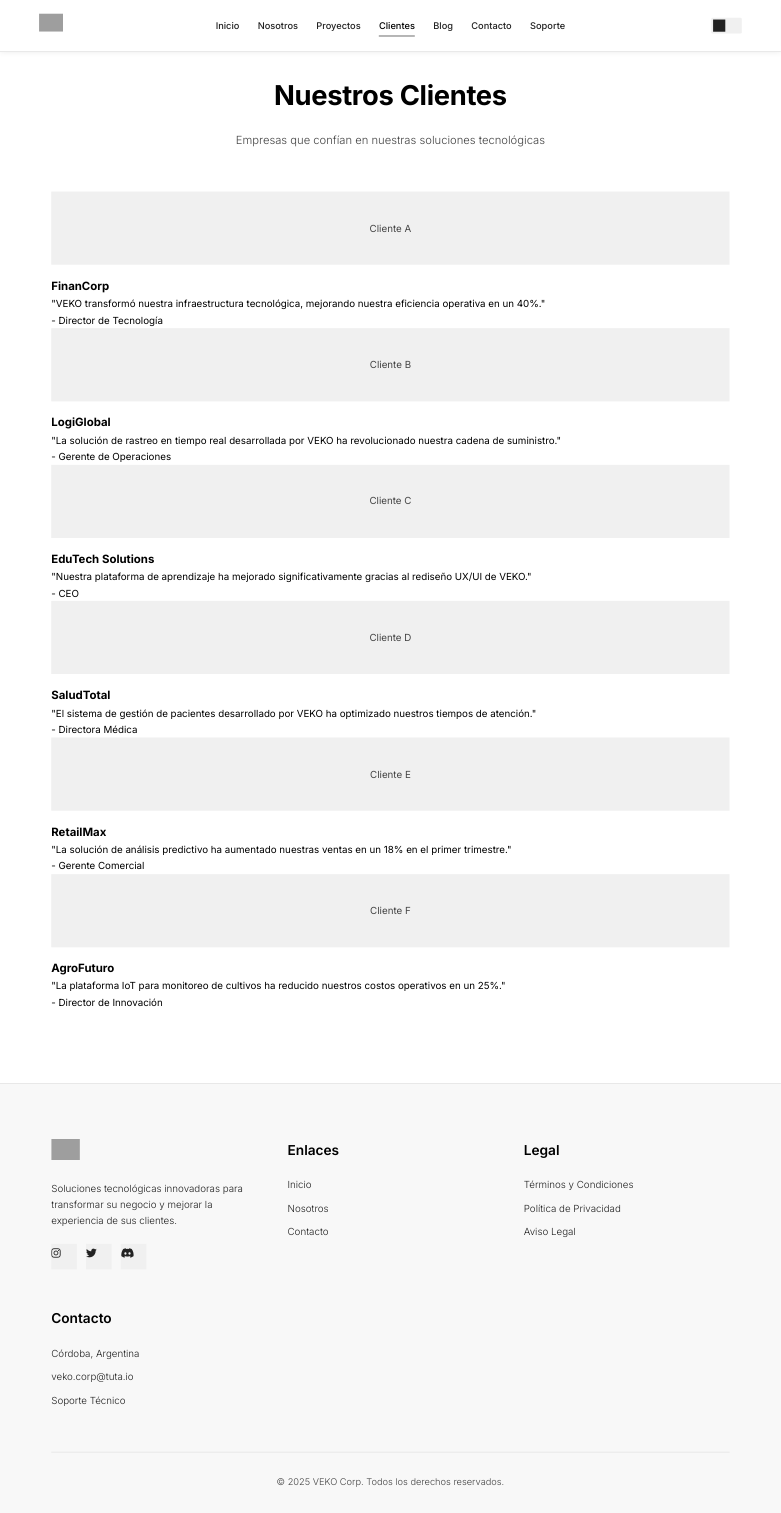
Repository: VEKO-Corp/veko-web
Page: clientes.html
These files come from the project's save history. The page is drawn as it stood at one moment and after the next save; the edit follows.
The browser window is 1280 px wide. The pictures show the whole page, at 61% of full size.
Pictures or frames that could not be fetched are drawn as grey boxes.

Above is the page before, as saved 2025-08-11 21:29:25.

After the next save:
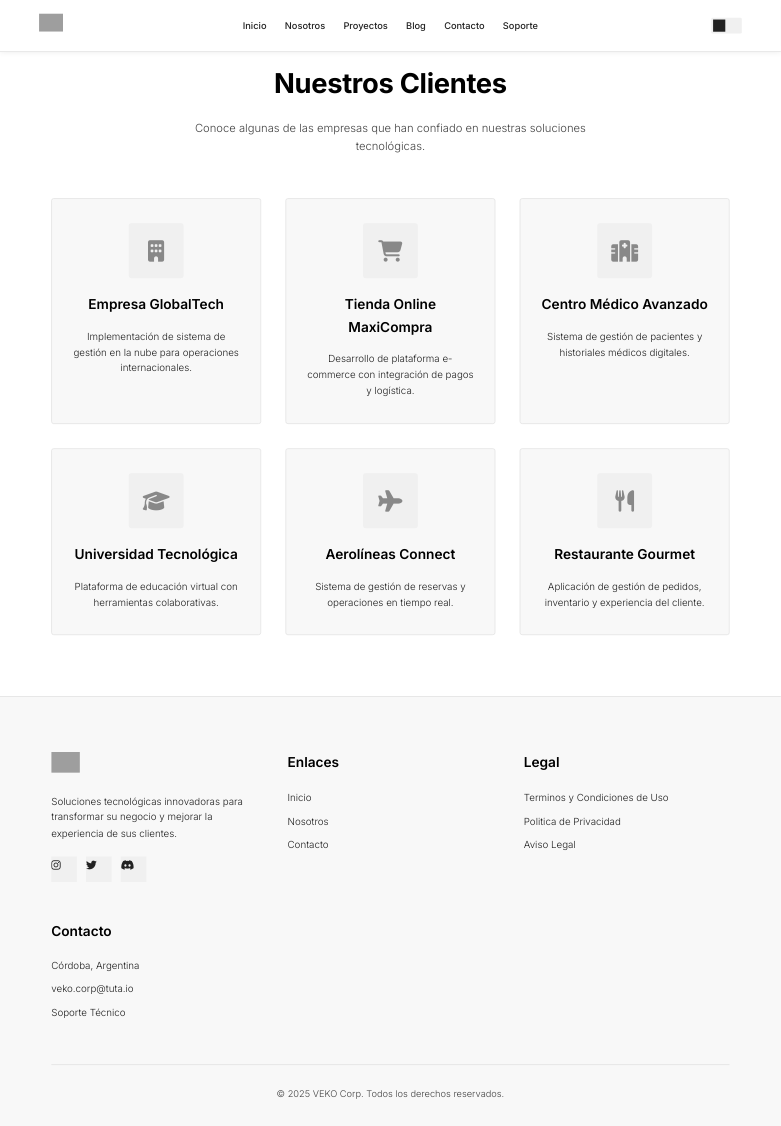
Saved 6 s later.
--- a/clientes.html
+++ b/clientes.html
@@ -3,7 +3,7 @@
 <head>
     <meta charset="UTF-8">
     <meta name="viewport" content="width=device-width, initial-scale=1.0">
-    <title>VEKO - Nuestros Clientes</title>
+    <title>Clientes - VEKO</title>
     <link href="https://fonts.googleapis.com/css2?family=Inter:wght@300;400;500;600;700&display=swap" rel="stylesheet">
     <link rel="stylesheet" href="css/style.css">
     <link rel="stylesheet" href="https://cdnjs.cloudflare.com/ajax/libs/font-awesome/6.4.0/css/all.min.css">
@@ -20,7 +20,6 @@
                     <li><a href="index.html">Inicio</a></li>
                     <li><a href="nosotros.html">Nosotros</a></li>
                     <li><a href="proyectos.html">Proyectos</a></li>
-                    <li><a href="clientes.html" class="active">Clientes</a></li>
                     <li><a href="blog.html">Blog</a></li>
                     <li><a href="contacto.html">Contacto</a></li>
                     <li><a href="soporte.html">Soporte</a></li>
@@ -32,66 +31,48 @@
         </div>
     </header>
 
-    <section id="clientes">
+    <section class="content-section">
         <div class="container">
-            <div class="section-title fade-in">
+            <div class="section-title">
                 <h2>Nuestros Clientes</h2>
-                <p>Empresas que confían en nuestras soluciones tecnológicas</p>
+                <p>Conoce algunas de las empresas que han confiado en nuestras soluciones tecnológicas.</p>
             </div>
 
-            <div class="client-grid fade-in delay-1">
-                <div class="client-card">
-                    <div class="client-logo" style="height: 120px; background-color: var(--bg-tertiary); display: flex; align-items: center; justify-content: center; color: var(--text-tertiary); margin-bottom: 20px;">
-                        Cliente A
-                    </div>
-                    <h3>FinanCorp</h3>
-                    <p>"VEKO transformó nuestra infraestructura tecnológica, mejorando nuestra eficiencia operativa en un 40%."</p>
-                    <span>- Director de Tecnología</span>
+            <div class="services-grid">
+                <div class="service-card fade-in">
+                    <div class="service-icon"><i class="fas fa-building"></i></div>
+                    <h3>Empresa GlobalTech</h3>
+                    <p>Implementación de sistema de gestión en la nube para operaciones internacionales.</p>
                 </div>
 
-                <div class="client-card fade-in delay-2">
-                    <div class="client-logo" style="height: 120px; background-color: var(--bg-tertiary); display: flex; align-items: center; justify-content: center; color: var(--text-tertiary); margin-bottom: 20px;">
-                        Cliente B
-                    </div>
-                    <h3>LogiGlobal</h3>
-                    <p>"La solución de rastreo en tiempo real desarrollada por VEKO ha revolucionado nuestra cadena de suministro."</p>
-                    <span>- Gerente de Operaciones</span>
+                <div class="service-card fade-in delay-1">
+                    <div class="service-icon"><i class="fas fa-shopping-cart"></i></div>
+                    <h3>Tienda Online MaxiCompra</h3>
+                    <p>Desarrollo de plataforma e-commerce con integración de pagos y logística.</p>
                 </div>
 
-                <div class="client-card fade-in delay-3">
-                    <div class="client-logo" style="height: 120px; background-color: var(--bg-tertiary); display: flex; align-items: center; justify-content: center; color: var(--text-tertiary); margin-bottom: 20px;">
-                        Cliente C
-                    </div>
-                    <h3>EduTech Solutions</h3>
-                    <p>"Nuestra plataforma de aprendizaje ha mejorado significativamente gracias al rediseño UX/UI de VEKO."</p>
-                    <span>- CEO</span>
+                <div class="service-card fade-in delay-2">
+                    <div class="service-icon"><i class="fas fa-hospital"></i></div>
+                    <h3>Centro Médico Avanzado</h3>
+                    <p>Sistema de gestión de pacientes y historiales médicos digitales.</p>
                 </div>
 
-                <div class="client-card fade-in delay-1">
-                    <div class="client-logo" style="height: 120px; background-color: var(--bg-tertiary); display: flex; align-items: center; justify-content: center; color: var(--text-tertiary); margin-bottom: 20px;">
-                        Cliente D
-                    </div>
-                    <h3>SaludTotal</h3>
-                    <p>"El sistema de gestión de pacientes desarrollado por VEKO ha optimizado nuestros tiempos de atención."</p>
-                    <span>- Directora Médica</span>
+                <div class="service-card fade-in delay-1">
+                    <div class="service-icon"><i class="fas fa-graduation-cap"></i></div>
+                    <h3>Universidad Tecnológica</h3>
+                    <p>Plataforma de educación virtual con herramientas colaborativas.</p>
                 </div>
 
-                <div class="client-card fade-in delay-2">
-                    <div class="client-logo" style="height: 120px; background-color: var(--bg-tertiary); display: flex; align-items: center; justify-content: center; color: var(--text-tertiary); margin-bottom: 20px;">
-                        Cliente E
-                    </div>
-                    <h3>RetailMax</h3>
-                    <p>"La solución de análisis predictivo ha aumentado nuestras ventas en un 18% en el primer trimestre."</p>
-                    <span>- Gerente Comercial</span>
+                <div class="service-card fade-in delay-2">
+                    <div class="service-icon"><i class="fas fa-plane"></i></div>
+                    <h3>Aerolíneas Connect</h3>
+                    <p>Sistema de gestión de reservas y operaciones en tiempo real.</p>
                 </div>
 
-                <div class="client-card fade-in delay-3">
-                    <div class="client-logo" style="height: 120px; background-color: var(--bg-tertiary); display: flex; align-items: center; justify-content: center; color: var(--text-tertiary); margin-bottom: 20px;">
-                        Cliente F
-                    </div>
-                    <h3>AgroFuturo</h3>
-                    <p>"La plataforma IoT para monitoreo de cultivos ha reducido nuestros costos operativos en un 25%."</p>
-                    <span>- Director de Innovación</span>
+                <div class="service-card fade-in delay-3">
+                    <div class="service-icon"><i class="fas fa-utensils"></i></div>
+                    <h3>Restaurante Gourmet</h3>
+                    <p>Aplicación de gestión de pedidos, inventario y experiencia del cliente.</p>
                 </div>
             </div>
         </div>
@@ -127,8 +108,8 @@
 
                 <div class="footer-column fade-in delay-2">
                     <h3>Legal</h3>
-                    <a href="terminos-y-condiciones-de-uso.html">Términos y Condiciones</a>
-                    <a href="politica-de-privacidad.html">Política de Privacidad</a>
+                    <a href="terminos-y-condiciones-de-uso.html">Terminos y Condiciones de Uso</a>
+                    <a href="politica-de-privacidad.html">Politica de Privacidad</a>
                     <a href="aviso-legal.html">Aviso Legal</a>
                 </div>
 
